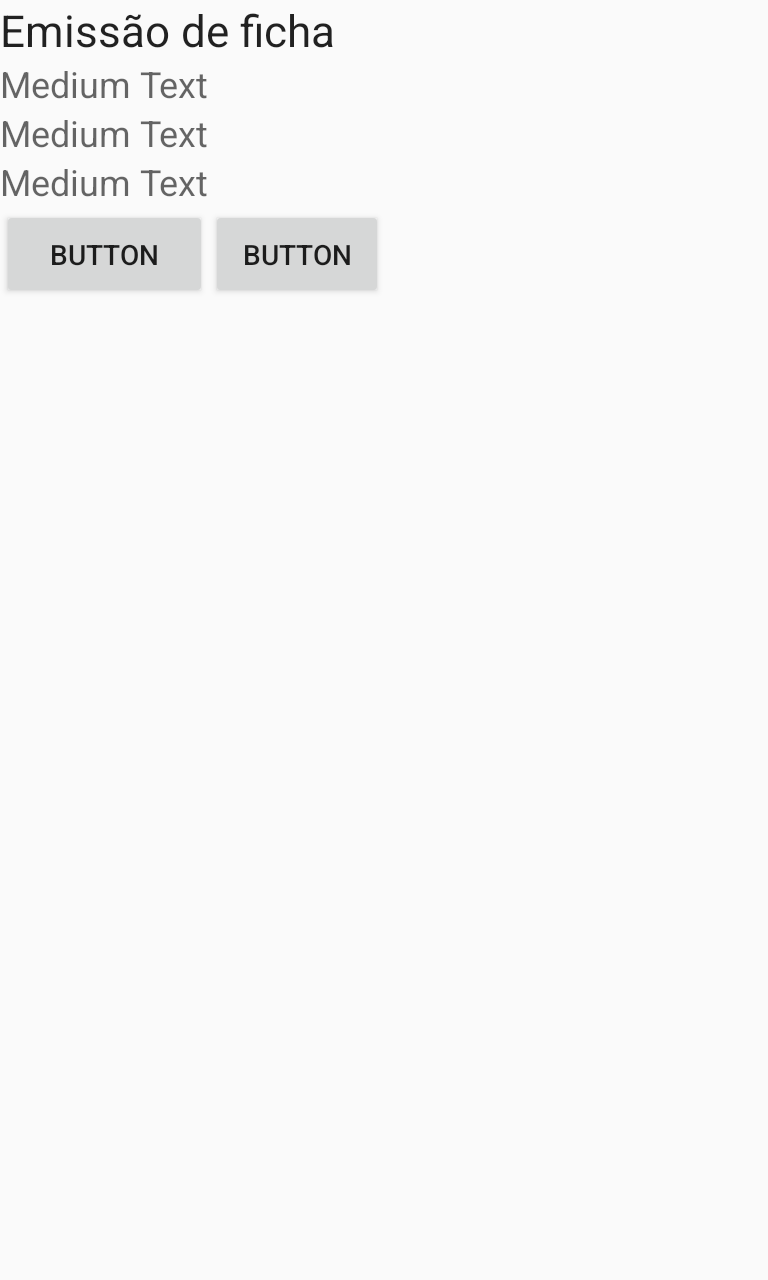
Repository: StefanoAraujo/MiniCurso.Android.Basico.Cadastro
Layout: Clientes/res/layout/activity_form.xml
These files come from the project's save history. The layout is drawn as it stood at one moment and after the next save; the edit follows.
It is drawn on a 768 x 1280 px phone screen (xhdpi) without system bars, with theme AppTheme; the app's code is not run.

Above is the layout before, as saved 2015-03-01 18:25:04.

After the next save:
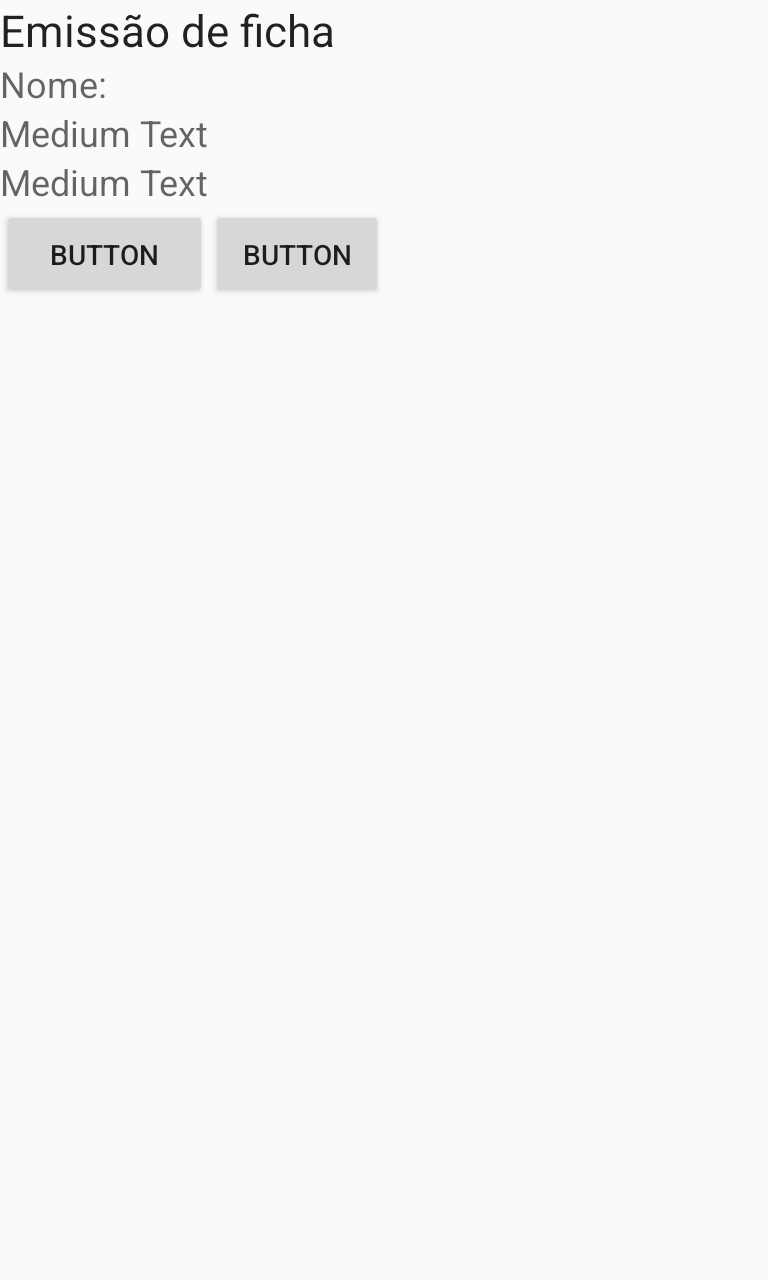
Saved 23 s later.
--- a/Clientes/res/layout/activity_form.xml
+++ b/Clientes/res/layout/activity_form.xml
@@ -22,10 +22,10 @@
             android:layout_height="wrap_content" >
 
             <TextView
-                android:id="@+id/textView2"
+                android:id="@+id/textViewNome"
                 android:layout_width="wrap_content"
                 android:layout_height="wrap_content"
-                android:text="Medium Text"
+                android:text="Nome:"
                 android:textAppearance="?android:attr/textAppearanceMedium" />
 
         </TableRow>
